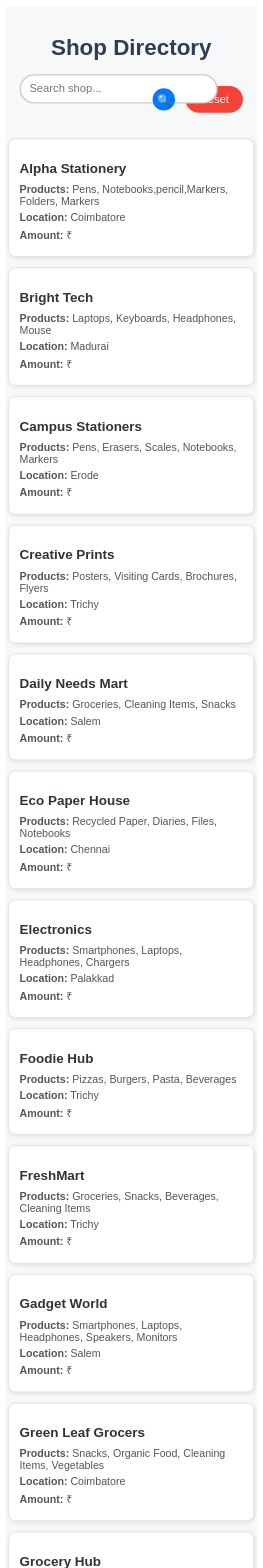
Repository: Pavithra-09git/CarSort
Page: /
An editor plug-in stored every save of this project. The page is shown before and after a run of saves, followed by the edit.
The browser window is 375 px wide. The pictures show the part of the page from y = 0 to 2240 px (the page is 5661 px tall before and 5709 px after), at 70% of full size.
The project was rebuilt for these pictures with package versions that can differ from the ones it lists, and the page was loaded fresh each time. Also part of the build but not shown: vite.config.js.

Above is the page before, as saved 2025-10-26 12:46:57.

### index.html
<!doctype html>
<html lang="en">
  <head>
    <meta charset="UTF-8" />
    <link rel="icon" type="image/svg+xml" href="/vite.svg" />
    <meta name="viewport" content="width=device-width, initial-scale=1.0" />
    <title>table</title>
  </head>
  <body>
    <div id="root"></div>
    <script type="module" src="/src/main.jsx"></script>
  </body>
</html>

### src/App.jsx
import React, { useState } from "react";
import { shops } from './data';
import "./App.css";

function App() {
  const [search, setSearch] = useState("");
  const [filteredShops, setFilteredShops] = useState(null);

  const sortedShops = [...shops].sort((a, b) =>
    a.name.trim().toLowerCase().localeCompare(b.name.trim().toLowerCase())
  );

  const handleSearch = () => {
    if (!search.trim()) {
      setFilteredShops(null);
      return;
    }

    const result = sortedShops
      .filter(
        (shop) =>
          shop.name.toLowerCase().includes(search.toLowerCase().trim()) ||
          shop.products.toLowerCase().includes(search.toLowerCase().trim())
      )
      .sort((a, b) =>
        a.name.trim().toLowerCase().localeCompare(b.name.trim().toLowerCase())
      );

    setFilteredShops(result);
  };

  const handleReset = () => {
    setSearch("");
    setFilteredShops(null);
  };

  const displayShops = filteredShops || sortedShops;

  return (
    <div className="container">
      <h1>Shop Directory</h1>

      <div className="search-container">
        <div className="search-box-wrapper">
          <input
            type="text"
            placeholder="Search shop..."
            value={search}
            onChange={(e) => setSearch(e.target.value)}
            className="search-box"
          />
          <button onClick={handleSearch} className="search-btn">🔍</button>
        </div>
        <button onClick={handleReset} className="reset-btn">Reset</button>
      </div>

      <div className="card-column">
        {displayShops.map((shop) => (
          <div className="card" key={shop.id}>
            <h2>{shop.name}</h2>
            <p><strong>Products:</strong> {shop.products}</p>
            <p><strong>Location:</strong> {shop.location}</p>
            <p><strong>Amount:</strong> ₹{shop.amount}</p>
          </div>
        ))}
      </div>
    </div>
  );
}

export default App;

### src/data.js
export const shops = [
  { id: 1, name:"Alpha Stationery", products: "Pens, Notebooks,pencil,Markers, Folders, Markers", location: "Coimbatore" },
  { id: 2, name:"Eco Paper House", products: "Recycled Paper, Diaries, Files, Notebooks", location: "Chennai" },
  { id: 3, name:"Campus Stationers", products: "Pens, Erasers, Scales, Notebooks, Markers", location: "Erode" },
  { id: 4, name:"Paper World", products: "Files, Diaries, Folders, A4 Sheets, Notebooks", location: "Chennai" },
  { id: 5, name:"Office Essentials", products: "Pens, Files, Notebooks, Diaries, Staplers", location: "Madurai" },
  { id: 6, name:"Stationery Hub", products: "Pens, Notebooks, Pencils, Markers", location: "Palakkad" },
  { id: 7, name:"Notebook Planet", products: "Notebooks, Diaries,pencil Folders, Pens", location: "Palakkad" },
  { id: 8, name:"Bright Tech", products: "Laptops, Keyboards, Headphones, Mouse", location: "Madurai" },
  { id: 9, name: "Smart Gadgets Hub", products: "Smartphones, Chargers, Speakers, Headphones", location: "Coimbatore" },
  { id: 10, name:"Techno Zone", products: "Laptops, Mouse, Monitors, Chargers, Keyboards", location: "Trichy" },
  { id: 11, name:"Gadget World", products: "Smartphones, Laptops, Headphones, Speakers, Monitors", location: "Salem" },
  { id: 12, name: "Electronics", products: "Smartphones, Laptops, Headphones, Chargers", location: "Palakkad" },
  { id: 13, name:"Daily Needs Mart", products: "Groceries, Cleaning Items, Snacks", location: "Salem" },
  { id: 14, name:"Green Leaf Grocers", products: "Snacks, Organic Food, Cleaning Items, Vegetables", location: "Coimbatore" },
  { id: 15, name:"Home Essentials", products: "Cleaning Items, Groceries, Snacks, Toiletries", location: "Salem" },
  { id: 16, name:"QuickMart", products: "Groceries, Beverages, Snacks, Household Items", location: "Chennai" },
  { id: 17, name:"Grocery Hub", products: "Snacks, Beverages, Cleaning Items, Fresh Vegetables", location: "Palakkad" },
  { id: 18, name:"FreshMart", products: "Groceries, Snacks, Beverages, Cleaning Items", location: "Trichy" },
  { id: 19, name:"Tasty Treats", products: "Burgers, Pizzas, Sandwiches, Beverages", location: "Chennai" },
  { id: 20, name:"Healthy Bites", products: "Salads, Smoothies, Sandwiches, Juices", location: "Coimbatore" },
  { id: 21, name:"Foodie Hub", products: "Pizzas, Burgers, Pasta, Beverages", location: "Trichy" },
  { id: 22, name: "Snacks Corner", products: "Snacks, Beverages, Burgers, Sandwiches", location: "Palakkad" },
  { id: 23, name: "Snack Attack", products: "Burgers, Sandwiches, Fries, Beverages", location: "Madurai" },
  { id: 24, name: "Knowledge Academy", products: "Books, Stationery, Educational Kits", location: "Madurai" },
  { id: 25, name: "Smart Learning Center", products: "Books, Worksheets, Study Materials, Learning Kits", location: "Coimbatore" },
  { id: 26, name: "Learning Hub", products: "Books, Notebooks, Educational Games, Worksheets", location: "Palakkad" },
  { id: 27, name: "Study Smart", products: "Books, Worksheets, Notebooks, Study Kits", location: "Trichy" },
  { id: 28, name: "Creative Prints", products: "Posters, Visiting Cards, Brochures, Flyers", location: "Trichy" },
  { id: 29, name: "PrintCraft Studio", products: "Brochures, Business Cards, Posters, Flyers, Banners", location: "Coimbatore" },
  { id: 30, name: "Print Hub", products: "Business Cards, Brochures, Posters, Flyers", location: "Palakkad" }
];

### src/App.css
/* Main container */
.container {
  min-height: 100vh;
  background-color: #f7f8fa;
  display: flex;
  flex-direction: column;
  align-items: center;
  padding: 40px 20px;
  font-family: "Poppins", sans-serif;
}

/* Title */
h1 {
  color: #2c3e50;
  margin-bottom: 20px;
  font-size: 2rem;
  text-align: center;
}

/* Search bar */
.search-box {
  width: 100%;
  max-width: 400px;
  padding: 10px 15px;
  border: 1px solid #ccc;
  border-radius: 8px;
  outline: none;
  font-size: 16px;
  transition: 0.3s;
  margin-bottom: 30px;
}

.search-box:focus {
  border-color: #007bff;
  box-shadow: 0 0 5px rgba(0, 123, 255, 0.3);
}

/* Cards vertical layout */
.card-column {
  display: flex;
  flex-direction: column;
  align-items: center;
  gap: 20px;
  width: 100%;
  max-width: 700px;
}

/* Individual card */
.card {
  background-color: white;
  border-radius: 12px;
  box-shadow: 0 4px 10px rgba(0, 0, 0, 0.1);
  width: 100%;
  padding: 20px;
  transition: transform 0.3s ease, box-shadow 0.3s ease;
}

.card:hover {
  transform: translateY(-5px);
  box-shadow: 0 6px 15px rgba(0, 0, 0, 0.15);
}

/* Card text */
.card h2 {
  font-size: 1.2rem;
  color: #2d3436;
  margin-bottom: 10px;
}

.card p {
  font-size: 0.95rem;
  color: #555;
  margin: 6px 0;
}

/* No result text */
.no-result {
  color: #777;
  text-align: center;
  font-size: 1rem;
}
.container {
  max-width: 900px;
  margin: auto;
  padding: 20px;
  font-family: Arial, sans-serif;
}

.search-container {
  display: flex;
  align-items: center;
  gap: 10px;
  margin-bottom: 20px;
}

.search-box-wrapper {
  position: relative;
  flex: 1;
}

.search-box {
  width: 100%;
  padding: 10px 40px 10px 12px; /* space for button */
  border: 2px solid #ccc;
  border-radius: 25px;
  font-size: 16px;
  transition: border 0.3s;
}

.search-box:focus {
  outline: none;
  border-color: #007bff;
}

.search-btn {
  position: absolute;
  right: 5px;
  top: 50%;
  transform: translateY(-50%);
  background-color: #007bff;
  border: none;
  color: white;
  border-radius: 50%;
  width: 32px;
  height: 32px;
  cursor: pointer;
  font-size: 16px;
}

.search-btn:hover {
  background-color: #0056b3;
}

.reset-btn {
  padding: 10px 20px;
  background-color: #f44336;
  border: none;
  color: white;
  border-radius: 25px;
  cursor: pointer;
  font-size: 16px;
  transition: background 0.3s;
}

.reset-btn:hover {
  background-color: #c62828;
}

.card-column {
  display: flex;
  flex-direction: column;
  gap: 15px;
}

.card {
  padding: 15px;
  border: 1px solid #ddd;
  border-radius: 10px;
  box-shadow: 1px 2px 8px rgba(0,0,0,0.1);
  transition: transform 0.2s;
}

.card:hover {
  transform: scale(1.02);
}

Loaded but not shown: src/main.jsx (common file)

After the next 2 saves:
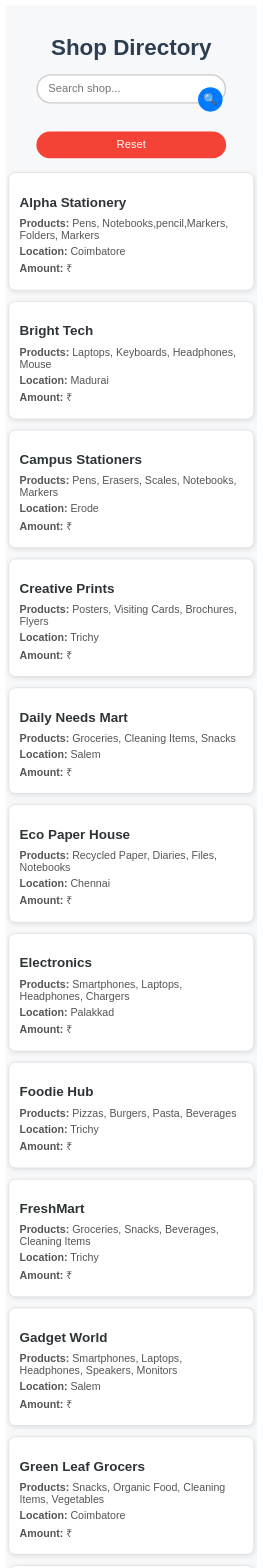
The 2 saves are shown as one change because they came seconds apart.
The last was saved 2 min 29 s later.
--- a/src/App.css
+++ b/src/App.css
@@ -100,10 +100,11 @@ h1 {
 
 .search-box {
   width: 100%;
-  padding: 10px 40px 10px 12px; /* space for button */
+  padding: 10px 45px 10px 15px; /* extra right padding for icon */
   border: 2px solid #ccc;
   border-radius: 25px;
   font-size: 16px;
+  box-sizing: border-box;
   transition: border 0.3s;
 }
 
@@ -112,6 +113,7 @@ h1 {
   border-color: #007bff;
 }
 
+/* Search icon inside input */
 .search-btn {
   position: absolute;
   right: 5px;
@@ -121,18 +123,22 @@ h1 {
   border: none;
   color: white;
   border-radius: 50%;
-  width: 32px;
-  height: 32px;
+  width: 35px;
+  height: 35px;
   cursor: pointer;
   font-size: 16px;
+  display: flex;
+  align-items: center;
+  justify-content: center;
 }
 
 .search-btn:hover {
   background-color: #0056b3;
 }
 
+/* Reset button */
 .reset-btn {
-  padding: 10px 20px;
+  padding: 10px 25px;
   background-color: #f44336;
   border: none;
   color: white;
@@ -163,3 +169,13 @@ h1 {
 .card:hover {
   transform: scale(1.02);
 }
+
+/* Responsive */
+@media (max-width: 600px) {
+  .search-container {
+    flex-direction: column;
+  }
+  .reset-btn {
+    width: 100%;
+  }
+}
